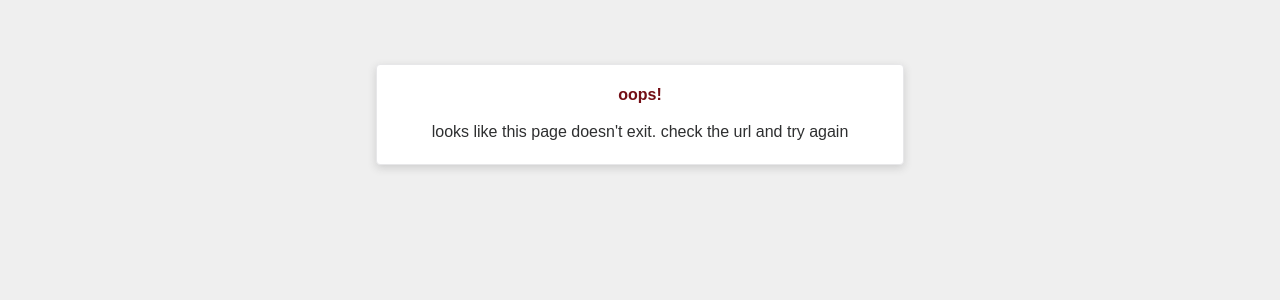
Repository: demesvardestin/demesvar.com
Page: public/404.html
The author's editor kept a record of every edit. The page is drawn from the files as they stood at one moment, then again after the next edit.
The browser window is 1280 px wide. The pictures show the whole page.

Above is the page before.

### public/404.html
<!DOCTYPE html>
<html>
<head>
  <title>404 - page not found</title>
  <link href="https://fonts.googleapis.com/css?family=Cookie|Manjari|Pacifico&display=swap" rel="stylesheet">
  <meta name="viewport" content="width=device-width,initial-scale=1">
  <style>
  body {
    background-color: #EFEFEF;
    color: #2E2F30;
    text-align: center;
    font-family: arial, sans-serif;
    margin: 0;
  }

  div.dialog {
    width: 95%;
    max-width: 33em;
    margin: 4em auto 0;
  }

  div.dialog > div {
    border: 1px solid #CCC;
    border: 1px solid #e7e7e9;
    border-radius: 4px;
    background-color: white;
    padding: 7px 10% 7px;
    box-shadow: 0 3px 8px rgba(50, 50, 50, 0.17);
  }

  h1 {
    font-size: 100%;
    color: #730E15;
    line-height: 1.5em;
  }

  div.dialog > p {
    margin: 0 0 1em;
    padding: 1em;
    background-color: #F7F7F7;
    border: 1px solid #CCC;
    border-right-color: #999;
    border-left-color: #999;
    border-bottom-color: #999;
    border-bottom-left-radius: 4px;
    border-bottom-right-radius: 4px;
    border-top-color: #DADADA;
    color: #666;
    box-shadow: 0 3px 8px rgba(50, 50, 50, 0.17);
  }
  </style>
</head>

<body>
  <!-- This file lives in public/404.html -->
  <div class="dialog">
    <div>
      <h1>oops!</h1>
      <p>looks like this page doesn't exit. check the url and try again</p>
    </div>
  </div>
</body>
</html>

After the next edit:
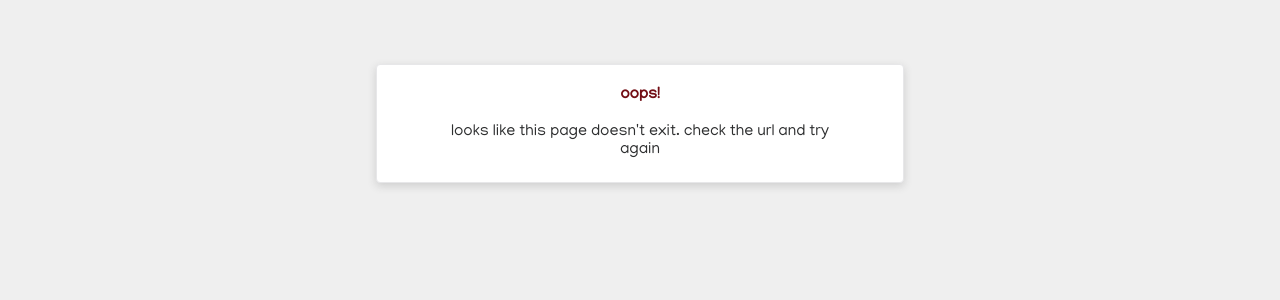
The edit:
--- a/public/404.html
+++ b/public/404.html
@@ -11,6 +11,7 @@
     text-align: center;
     font-family: arial, sans-serif;
     margin: 0;
+    font-family: 'Manjari', sans-serif;
   }
 
   div.dialog {
